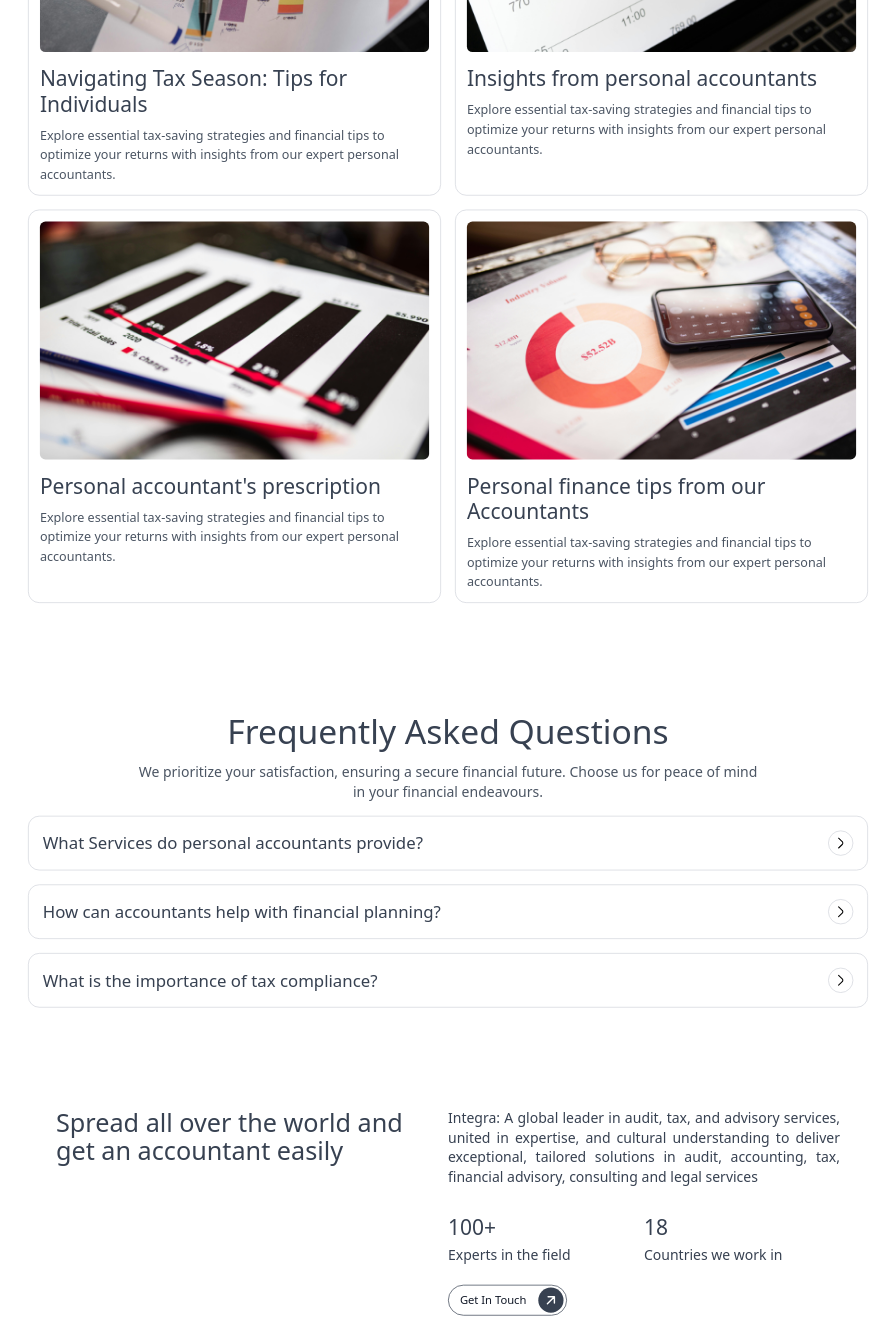
Repository: vespersolutionspk18/integrast-website
Page: /
These files come from the project's save history. The page is drawn as it stood at one moment and after the next save; the edit follows.
The browser window is 1280 px wide. The pictures show the part of the page from y = 2368 to 4288 px (the page is 4288 px tall before and 4280 px after), at 70% of full size.
The project was rebuilt for these pictures with package versions that can differ from the ones it lists, and the page was loaded fresh each time. The framework's server and built-in components were replaced by stand-ins that run in the browser. Also part of the build but not shown: next.config.ts.

Above is the page before, as saved 2024-12-12 14:47:29.

### app/layout.tsx
import type { Metadata } from "next";
import localFont from "next/font/local";
import "./globals.css";

const geistSans = localFont({
  src: "./fonts/GeistVF.woff",
  variable: "--font-geist-sans",
  weight: "100 900",
});
const geistMono = localFont({
  src: "./fonts/GeistMonoVF.woff",
  variable: "--font-geist-mono",
  weight: "100 900",
});

export const metadata: Metadata = {
  title: "Integra Strategy",
  description: "-",
};

export default function RootLayout({
  children,
}: Readonly<{
  children: React.ReactNode;
}>) {
  return (
    <html lang="en">
      <body
        className={`${geistSans.variable} ${geistMono.variable} antialiased`}
      >
        {children}
      </body>
    </html>
  );
}

### app/page.tsx
import Image from "next/image";
import Header from "./Header";
import Hero from "./Hero";
import Services from "./Services";
import Postsart from "./Postsart";
import Faqsection from "./Faqsection";
import GetinTouchSection from "./GetinTouchSection";

export default function Home() {
  return (
    <div>
      <Header />
      <Hero />
      <Services />
      <Postsart />
      <Faqsection />
      <GetinTouchSection />
    </div>
  );
}

### app/Hero.tsx
import React from 'react'
import ButtonArrowwhite from "@/public/assets/buttonarrowwhite.svg";
import ButtonArrow from "@/public/assets/buttonarrow.svg";
const Hero = () => {
  return (
    <div className="flex flex-col p-10 ">
        <div className="flex flex-row mt-24 h-[190px] gap-5 ">
            <div className="w-[55%] flex flex-col">
                <h1 className="font-light font-sans text-6xl text-gray-600">Unlock Prosperity, <span className="text-gray-800">Choose Expert Guidance</span></h1>
                <h4 className="text-xl font-sans font-light text-gray-900 mt-6">Embark on a transformative journey to financial prosperity with our personalized accountancy services</h4>
            </div>
            <div className="w-[45%] flex flex-col justify-between ">
                <h4 className="text-xl text-justify font-light font-sans text-gray-900">Unlock tailored strategies, benefit from insightful guidances, and follow a clear pathway to achieve your financial success. Elevate your financial journey with our dedicated support and expertise. Contact us today to start your journey towards financial freedom.</h4>
                <div className="flex flex-row gap-5 pt-10">
                <div>
                <div id="button"
  className="group  bg-white h-[44px] flex-row border-[1px] border-gray-700 text-gray-900 text-[16px] py-1 px-1 font-light rounded-full hidden md:flex items-center justify-between w-[170px] transition-width duration-500 ease-in-out  hover:w-[195px] hover:bg-gray-700 hover:border-gray-700 hover:text-white hover:cursor-pointer "

>
  <div className="mx-3 font-sans font-regular">Get In Touch</div>
  <div className="bg-gray-700 rounded-full h-[36px] w-[36px] flex items-center justify-center transition-transform duration-500 ease-in-out group-hover:rotate-45">
    <ButtonArrowwhite className="h-[24px] w-[24px]" />
  </div>
            </div>
                </div>
                <div>
                <div id="button"
  className="group  bg-gray-700 h-[44px] flex-row border-[1px] border-gray-700 text-white text-[16px] py-1 px-1 font-light rounded-full hidden md:flex items-center justify-between w-[170px] transition-width duration-500 ease-in-out  hover:w-[195px] hover:bg-white hover:border-gray-700 hover:text-gray-700 hover:cursor-pointer "

>
  <div className="mx-3 font-sans font-regular">Get a Quote</div>
  <div className="bg-white rounded-full h-[36px] w-[36px] flex items-center justify-center transition-transform duration-500 ease-in-out group-hover:rotate-45 group-hover:border-[1px] group-hover:border-gray-700">
    <ButtonArrow className="h-[24px] w-[24px]" />
  </div>
            </div>
                </div>

                </div>
            </div>
        </div>


        <div className="flex flex-row h-[380px] gap-4 mt-16">
            <div className="w-[70%] transition-all duration-500 ease-in-out hover:w-[90%] rounded-2xl bg-cover bg-center" style={{backgroundImage: `url('/assets/heroimage3.jpg')`}}></div>
            <div className="w-[30%] transition-all duration-500 ease-in-out hover:w-[40%] flex flex-col justify-between ">
                <div className="w-full h-full rounded-2xl bg-cover bg-center" style={{backgroundImage: `url('/assets/heroimage4.jpg')`}}></div>
                <h5 className="font-sans text-gray-900 text-justify text-xl mt-3  font-light">Tailored solutions, expert guidance, and strategic planning to secure your wealth and achieve your financial goals seamlessly</h5>
            </div>
        </div>
    </div>
  )
}

export default Hero

### app/Services.tsx
import React from 'react'
import ButtonArrowwhite from "@/public/assets/buttonarrowwhite.svg";
import ButtonArrow from "@/public/assets/buttonarrow.svg";
const Services = () => {
  return (
    <div className="flex flex-col p-10 mt-16 items-center ">
        <div className="flex flex-row items-start justify-start ">
            <div className="w-1/2 font-sans font-light text-5xl text-gray-700">We collaborate across diverse industry landscapes</div>
            <div className="w-1/2 font-sans text-gray-900 text-justify text-xl  font-light">Our commitment to fostering dynamic collaboration allows to navigate the unique challenges and intricacies of various sectors. Our versatile approach ensures tailored solutions that resonate with the distinct needs of each industry.</div>
        </div>
        <div className="flex flex-row gap-5 mt-16">
            <div className="rounded-2xl w-1/3 h-[540px] bg-cover bg-center flex items-end  " style={{backgroundImage: `url('/assets/audit.jpg')`}}>
            <div className="group">
  <div className="bg-white m-4  rounded-[12px] flex flex-col relative transition-all duration-500 ease-in-out hover:pb-[120px] min-h-[180px]">
    <h5 className="ml-5 mt-5 mr-5 mb-5 font-sans text-3xl text-gray-700 font-light">
      Accounting & Finance
    </h5>
    <p className="ml-5 mr-5 mb-5 text-justify font-sans font-light text-xl text-gray-600">
      We are committed to serving the public interest by providing objective assurance over data on which investors rely.
    </p>
    {/* Hidden div */}
    <div className="absolute bottom-5 left-5 text-xl font-sans font-light  text-gray-600 px-4 py-2 rounded-md opacity-0 invisible transition-all duration-500 group-hover:opacity-100 group-hover:visible hover:text-black hover:cursor-pointer  hover:underline">
      Learn More
    </div>
  </div>
</div>

</div>
            <div className="rounded-2xl w-1/3 h-[540px] bg-cover bg-center flex items-end" style={{backgroundImage: `url('/assets/tax.jpg')`}}>
            <div className="group">
  <div className="bg-white m-4  rounded-[12px] flex flex-col relative transition-all duration-500 ease-in-out hover:pb-[120px] min-h-[180px]">
    <h5 className="ml-5 mt-5 mr-5 mb-5 font-sans text-3xl text-gray-700 font-light">
      Tax & Legal
    </h5>
    <p className="ml-5 mr-5 mb-5 text-justify font-sans font-light text-xl text-gray-600">
      We are committed to serving the public interest by providing objective assurance over data on which investors rely.
    </p>
    {/* Hidden div */}
    <div className="absolute bottom-5 left-5 text-xl font-sans font-light  text-gray-600 px-4 py-2 rounded-md opacity-0 invisible transition-all duration-500 group-hover:opacity-100 group-hover:visible hover:text-black hover:cursor-pointer  hover:underline">
      Learn More
    </div>
  </div>
</div>
</div>
            <div className="rounded-2xl w-1/3 h-[540px] bg-cover bg-center flex items-end" style={{backgroundImage: `url('/assets/tech.jpg')`}}>
            <div className="group">
  <div className="bg-white m-4  rounded-[12px] flex flex-col relative transition-all duration-500 ease-in-out hover:pb-[120px] min-h-[180px]">
    <h5 className="ml-5 mt-5 mr-5 mb-5 font-sans text-3xl text-gray-700 font-light">
      Technology & IT
    </h5>
    <p className="ml-5 mr-5 mb-5 text-justify font-sans font-light text-xl text-gray-600">
      We are committed to serving the public interest by providing objective assurance over data on which investors rely.
    </p>
    {/* Hidden div */}
    <div className="absolute bottom-5 left-5 text-xl font-sans font-light  text-gray-600 px-4 py-2 rounded-md opacity-0 invisible transition-all duration-500 group-hover:opacity-100 group-hover:visible hover:text-black hover:cursor-pointer  hover:underline">
      Learn More
    </div>
  </div>
</div>
</div>
        </div>
        <div className="mt-8">
                <div id="button"
  className="group  bg-white h-[44px] flex-row border-[1px] border-gray-700 text-gray-900 text-[16px] py-1 px-1 font-light rounded-full hidden md:flex items-center justify-between w-[190px] transition-width duration-500 ease-in-out hover:cursor-pointer  hover:w-[215px] hover:bg-gray-700 hover:border-gray-700 hover:text-white "

>
  <div className="mx-3 font-sans font-regular">View all Services</div>
  <div className="bg-gray-700 rounded-full h-[36px] w-[36px] flex items-center justify-center transition-transform duration-500 ease-in-out group-hover:rotate-45">
    <ButtonArrowwhite className="h-[24px] w-[24px]" />
  </div>
            </div>
                </div>
    </div>
  )
}

export default Services

### app/Postsart.tsx
import React from 'react'

const Postsart = () => {
  return (
    <div className="w-full flex flex-col p-10 items-center mt-20">
        <h2 className="text-5xl font-sans text-gray-700 font-light">Posts & Articles</h2>
        <p className="font-sans text-xl text-gray-800 font-light text-center mt-5">Stay up-to-date and enahnce your financial literacy with our engaging and informative<br></br>content your key to achieving financial success</p>
        <div className="flex flex-row mt-10 gap-5 w-full">
            <div className="hover:border-black hover:cursor-pointer flex flex-col rounded-2xl w-1/2  border-[1px] p-4 border-gray-300">
            <div className="w-full h-[340px] rounded-[8px] bg-cover bg-center" style={{backgroundImage: `url('/assets/post1.jpg')`}}></div>
            <h5 className="font-sans font-light text-3xl mt-5 text-gray-700">Navigating Tax Season: Tips for Individuals</h5>
            <p className="font-sans font-light text-gray-600 text-lg mt-3">Explore essential tax-saving strategies and financial tips to optimize your returns with insights from our expert personal accountants.</p>
            </div>
            <div className="hover:border-black hover:cursor-pointer flex flex-col rounded-2xl w-1/2  border-[1px] p-4 border-gray-300">
            <div className="w-full h-[340px] rounded-[8px] bg-cover bg-center" style={{backgroundImage: `url('/assets/post2.jpg')`}}></div>
            <h5 className="font-sans font-light text-3xl mt-5 text-gray-700">Insights from personal accountants</h5>
            <p className="font-sans font-light text-gray-600 text-lg mt-3">Explore essential tax-saving strategies and financial tips to optimize your returns with insights from our expert personal accountants.</p>
            </div>
        </div>
        <div className=" flex flex-row mt-5 gap-5 w-full">
            <div className="hover:border-black hover:cursor-pointer flex flex-col rounded-2xl w-1/2  border-[1px] p-4 border-gray-300">
            <div className="w-full h-[340px] rounded-[8px] bg-cover bg-center" style={{backgroundImage: `url('/assets/post3.jpg')`}}></div>
            <h5 className="font-sans font-light text-3xl mt-5 text-gray-700">Personal accountant's prescription</h5>
            <p className="font-sans font-light text-gray-600 text-lg mt-3">Explore essential tax-saving strategies and financial tips to optimize your returns with insights from our expert personal accountants.</p>
            </div>
            <div className="hover:border-black hover:cursor-pointer flex flex-col rounded-2xl w-1/2  border-[1px] p-4 border-gray-300">
            <div className="w-full h-[340px] rounded-[8px] bg-cover bg-center" style={{backgroundImage: `url('/assets/post4.jpg')`}}></div>
            <h5 className="font-sans font-light text-3xl mt-5 text-gray-700">Personal finance tips from our Accountants</h5>
            <p className="font-sans font-light text-gray-600 text-lg mt-3">Explore essential tax-saving strategies and financial tips to optimize your returns with insights from our expert personal accountants.</p>
            </div>
        </div>
    </div>
  )
}

export default Postsart

### app/Faqsection.tsx
"use client";
import React, { useState } from "react";
import ButtonRight from "@/public/assets/right.svg";
import ButtonArrowwhite from "@/public/assets/buttonarrowwhite.svg";
import ButtonArrow from "@/public/assets/buttonarrow.svg";

const Faqsection = () => {
  // Array of FAQs
  const faqs = [
    {
      question: "What Services do personal accountants provide?",
      answer:
        "Personal accountants provide a variety of services, including tax preparation, financial planning, and investment advice. They also help manage budgets, track expenses, and ensure compliance with financial regulations.",
    },
    {
      question: "How can accountants help with financial planning?",
      answer:
        "Accountants assist in creating budgets, managing investments, and developing long-term financial strategies tailored to individual needs.",
    },
    {
      question: "What is the importance of tax compliance?",
      answer:
        "Tax compliance ensures that individuals and businesses meet their legal obligations, avoiding penalties and fostering financial stability.",
    },
  ];

  // State to track which FAQ is expanded
  const [expandedIndex, setExpandedIndex] = useState(null);

  // Toggle function
  const toggleSection = (index) => {
    setExpandedIndex((prevIndex) => (prevIndex === index ? null : index));
  };

  return (
    <div className="flex flex-col p-10 items-center mt-20">
      <h2 className="font-sans font-light text-5xl text-gray-700">
        Frequently Asked Questions
      </h2>
      <p className="font-sans mt-5 font-light text-xl text-gray-600 text-center">
        We prioritize your satisfaction, ensuring a secure financial future.
        Choose us for peace of mind
        <br />
        in your financial endeavours.
      </p>
      <div className="w-full flex flex-col gap-5 mt-5">
        {faqs.map((faq, index) => (
          <div
            key={index}
            className={`border-[1px] ${
              expandedIndex === index ? "border-gray-500" : "border-gray-300"
            } rounded-2xl p-5 flex flex-col transition-all duration-500`}
          >
            <div
              onClick={() => toggleSection(index)}
              className="flex flex-row justify-between items-center cursor-pointer"
            >
              <h5 className="font-sans font-light text-2xl text-gray-700">
                {faq.question}
              </h5>
              <div
                className={`bg-white border-[1px] border-gray-300 rounded-full h-[36px] w-[36px] flex items-center justify-center transition-transform duration-500 ease-in-out ${
                  expandedIndex === index ? "rotate-90" : "rotate-0, "
                }`}
              >
                <ButtonRight className="h-[24px] w-[24px]" />
              </div>
            </div>
            {/* Expandable content */}
            <div
              className={`overflow-hidden transition-all duration-500 ease-in-out ${
                expandedIndex === index ? "max-h-[200px] mt-5" : "max-h-0"
              }`}
            >
              <p className="text-gray-600 font-sans font-light text-lg">{faq.answer}</p>
            </div>
          </div>
        ))}
      </div>
    </div>
  );
};

export default Faqsection;

### app/GetinTouchSection.tsx
import React from 'react'
import ButtonArrowwhite from "@/public/assets/buttonarrowwhite.svg";
import ButtonArrow from "@/public/assets/buttonarrow.svg";

const GetinTouchSection = () => {
  return (
    <div className="mt-16">
        <div className="flex flex-row p-10 ">
        <div className="ml-10 w-1/2 font-sans font-light text-gray-700 text-4xl">
        <b>Spread all over the world</b> and get an accountant easily
        </div>
        <div className="mr-10 w-1/2 flex flex-col">
        <p className="font-light text-xl text-gray-700 font-sans text-justify">
            Integra: A global leader in audit, tax, and advisory services, united in expertise, and cultural understanding to deliver exceptional, tailored solutions in audit, accounting, tax, financial advisory, consulting and legal services
        </p>
        <div className="flex flex-row justify-between mt-10">
        <div className="w-1/2 flex flex-col gap-2">
        <h5 className="font-sans font-light text-3xl text-gray-700">100+</h5>
        <p className="font-sans font-light text-xl text-gray-700 mb-5">Experts in the field</p>
        <div id="button"
  className="group  bg-white h-[44px] flex-row border-[1px] border-gray-700 text-gray-900 text-[16px] py-1 px-1 font-light rounded-full hidden md:flex items-center justify-between w-[170px] transition-width duration-500 ease-in-out  hover:w-[195px] hover:bg-gray-700 hover:border-gray-700 hover:text-white hover:cursor-pointer "

>
  <div className="mx-3 font-sans font-regular">Get In Touch</div>
  <div className="bg-gray-700 rounded-full h-[36px] w-[36px] flex items-center justify-center transition-transform duration-500 ease-in-out group-hover:rotate-45">
    <ButtonArrowwhite className="h-[24px] w-[24px]" />
  </div>
            </div>
        </div>
        <div className="w-1/2 flex flex-col gap-2">
        <h5 className="font-sans font-light text-3xl text-gray-700">18</h5>
        <p className="font-sans font-light text-xl text-gray-700">Countries we work in </p>
        </div>
        </div>

        </div>
    </div>
    </div>
  )
}

export default GetinTouchSection

Loaded but not shown: app/globals.css (common file); app/Header.tsx (common file); tailwind.config.ts (common file)

After the next save:
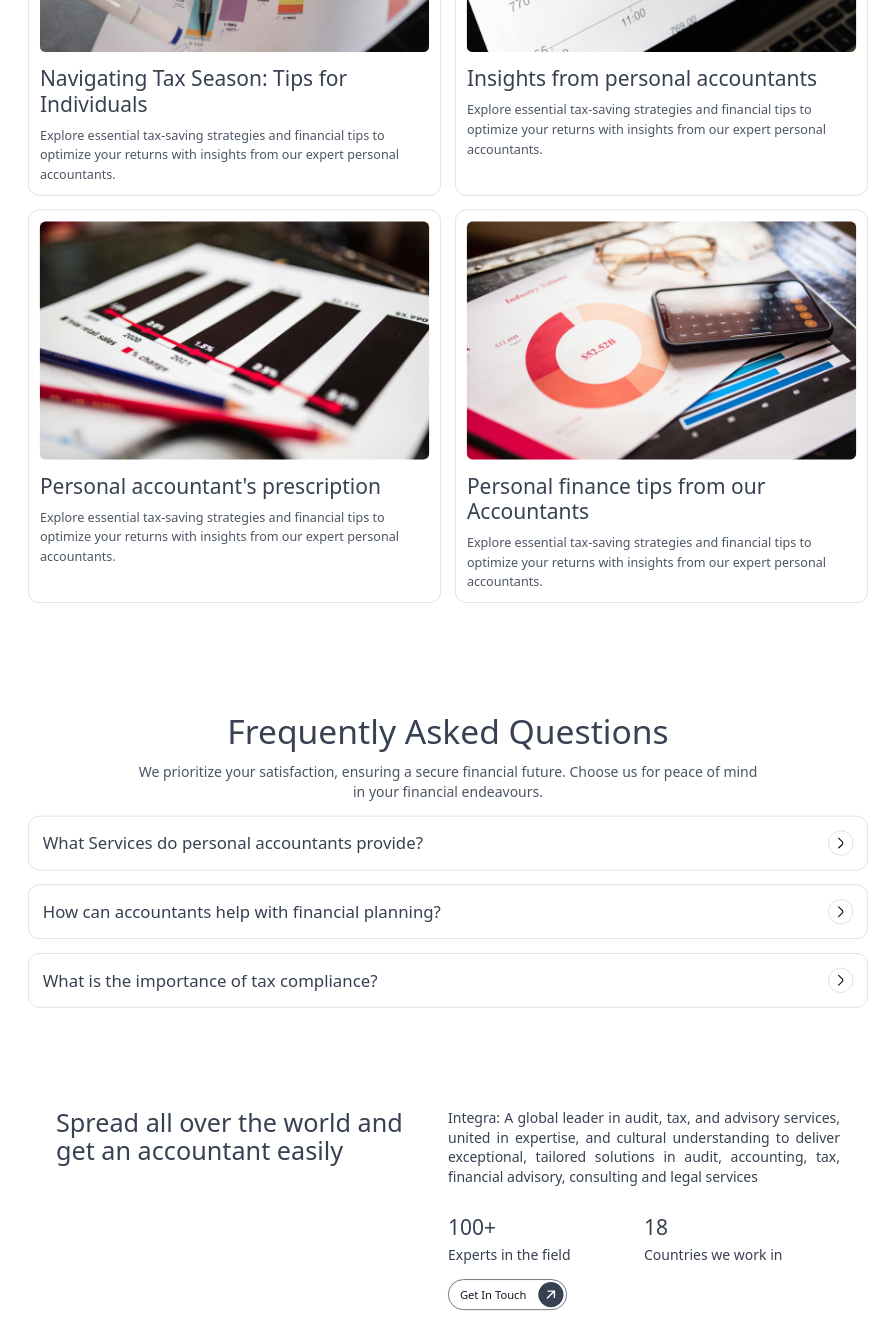
Saved 25 s later.
--- a/app/GetinTouchSection.tsx
+++ b/app/GetinTouchSection.tsx
@@ -16,7 +16,7 @@ const GetinTouchSection = () => {
         <div className="flex flex-row justify-between mt-10">
         <div className="w-1/2 flex flex-col gap-2">
         <h5 className="font-sans font-light text-3xl text-gray-700">100+</h5>
-        <p className="font-sans font-light text-xl text-gray-700 mb-5">Experts in the field</p>
+        <p className="font-sans font-light text-xl text-gray-700 mb-3">Experts in the field</p>
         <div id="button"
   className="group  bg-white h-[44px] flex-row border-[1px] border-gray-700 text-gray-900 text-[16px] py-1 px-1 font-light rounded-full hidden md:flex items-center justify-between w-[170px] transition-width duration-500 ease-in-out  hover:w-[195px] hover:bg-gray-700 hover:border-gray-700 hover:text-white hover:cursor-pointer "
 
